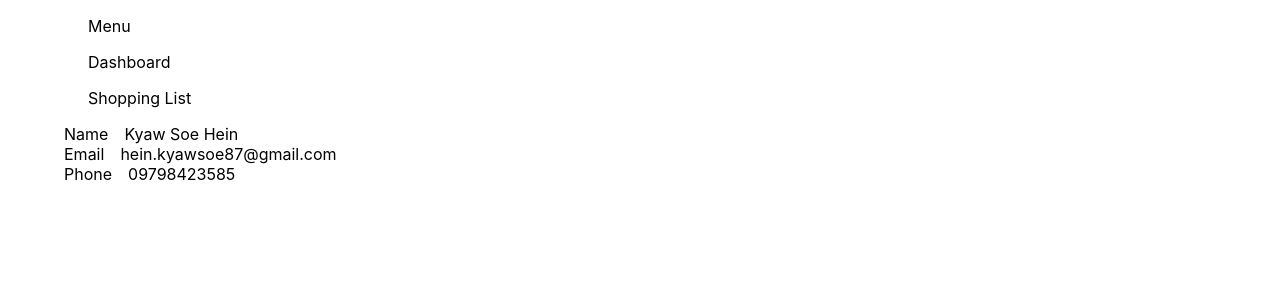
Repository: KyawSoeHein/GoogleAuthReact
Page: /
The author's editor kept a copy of each file at every save. The page is drawn from the files as they stood at one save, then again after the next save.
The browser window is 1280 px wide. The pictures show the whole page.
The project was rebuilt for these pictures with package versions that can differ from the ones it lists, and the page was loaded fresh each time.

Above is the page before, as saved 2022-02-14 18:40:48.

### src/index.tsx
import React from "react";
import ReactDOM from "react-dom";
import "./index.css";
import App from "./App";
import Dashboard from "./View/Dashboard";
import reportWebVitals from "./reportWebVitals";

ReactDOM.render(
  <React.StrictMode>
    <Dashboard />
  </React.StrictMode>,
  document.getElementById("root")
);

// If you want to start measuring performance in your app, pass a function
// to log results (for example: reportWebVitals(console.log))
// or send to an analytics endpoint. Learn more: https://bit.ly/CRA-vitals
reportWebVitals();

### src/View/Dashboard.tsx
import React from "react";
import { Container, Grid, Stack } from "@mui/material";
import MenuSelection from "../Components/MenuSelection";

const Dashboard = () => {
  return (
    <Grid>
      <Container>
        <MenuSelection />

        <Stack direction={"row"} spacing={2}>
          <div>Name</div>
          <div>Kyaw Soe Hein</div>
        </Stack>

        <Stack direction={"row"} spacing={2}>
          <div>Email</div>
          <div>hein.kyawsoe87@gmail.com</div>
        </Stack>

        <Stack direction={"row"} spacing={2}>
          <div>Phone</div>
          <div>09798423585</div>
        </Stack>
      </Container>
    </Grid>
  );
};

export default Dashboard;

### src/Components/MenuSelection.tsx
import React from "react";
import { Container, Grid, Stack } from "@mui/material";
import "../App.css";

const MenuSelection = () => {
  return (
    <Container>
      <p className="menuSelectionTitle">Menu</p>

      <p>Dashboard</p>
      <p>Shopping List</p>
    </Container>
  );
};

export default MenuSelection;

### src/App.css
.App {
  text-align: center;
}

.App-logo {
  height: 40vmin;
  pointer-events: none;
}

@media (prefers-reduced-motion: no-preference) {
  .App-logo {
    animation: App-logo-spin infinite 20s linear;
  }
}

.App-header {
  background-color: #282c34;
  min-height: 100vh;
  display: flex;
  flex-direction: column;
  align-items: center;
  justify-content: center;
  font-size: calc(10px + 2vmin);
  color: white;
}

.App-link {
  color: #61dafb;
}

@keyframes App-logo-spin {
  from {
    transform: rotate(0deg);
  }
  to {
    transform: rotate(360deg);
  }
}

.menuSelectionTitle {
  font-size: 64;
}

Loaded but not shown: public/index.html (common file); src/index.css (common file); src/reportWebVitals.ts (common file)

After the next save:
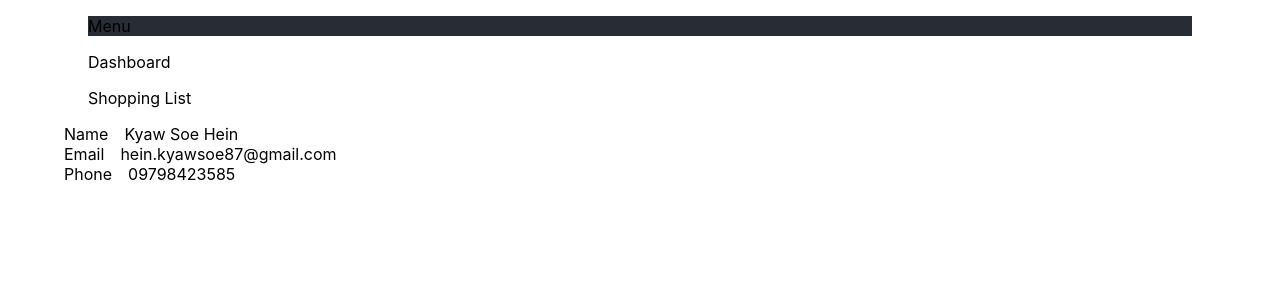
Saved 104 s later.
--- a/src/App.css
+++ b/src/App.css
@@ -39,4 +39,5 @@
 
 .menuSelectionTitle {
   font-size: 64;
+  background-color: #282c34;
 }
